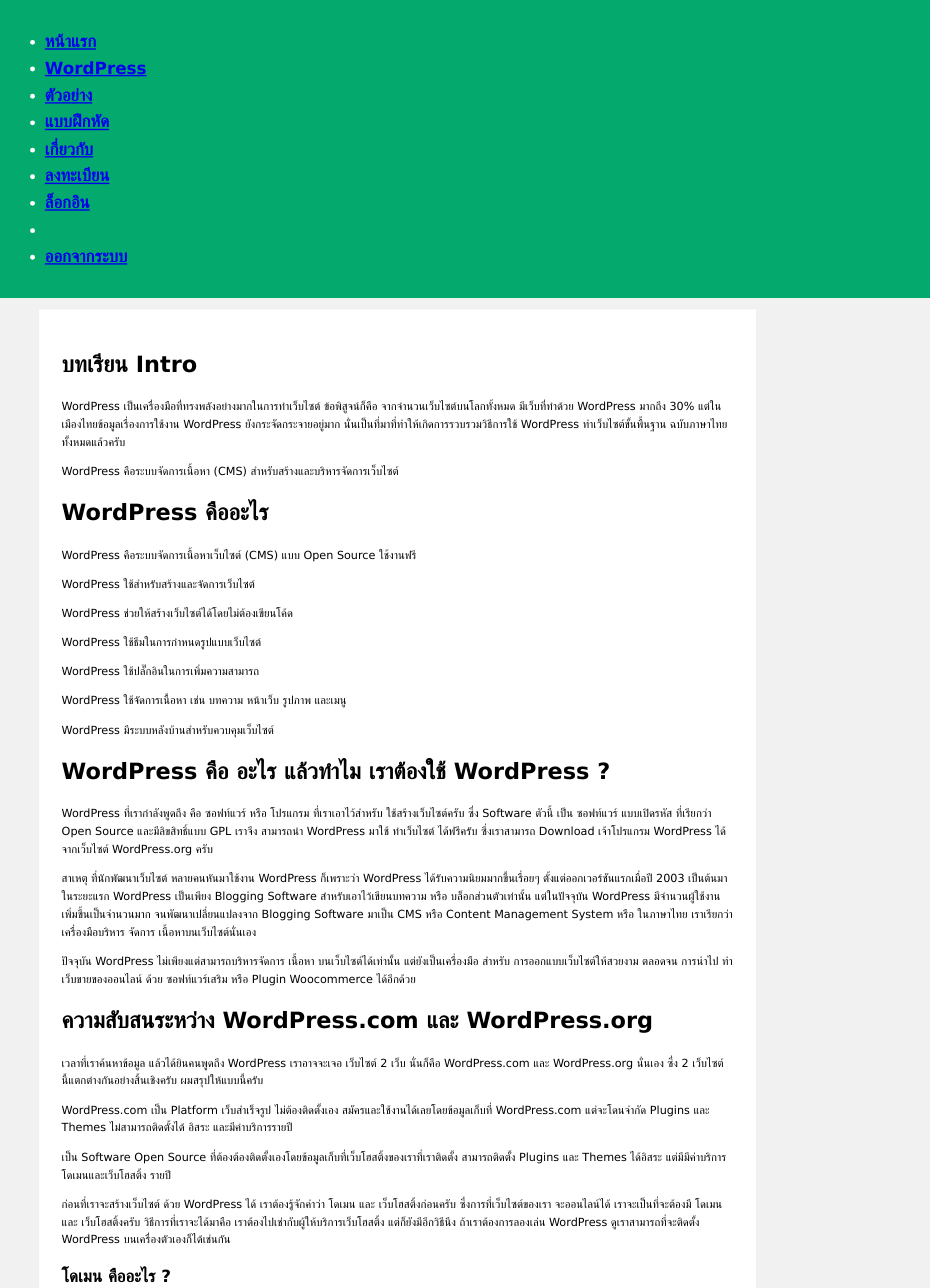
Repository: staggil/thesis
Page: lessons/intro.html
An editor plug-in stored every save of this project. The page is shown before and after the next save, followed by the edit.
The browser window is 1280 px wide. The page is 1328 px wide, so the pictures cover 1328 px, including what lies to the right of the window. The pictures show the part of the page from y = 0 to 1840 px (the page is 3268 px tall before and 3293 px after), at 70% of full size.
The page's requests for data from a server got no answer.

Above is the page before, as saved 2025-12-15 07:06:46.

### lessons/intro.html
<!DOCTYPE html>
<html lang="th">
<head>
    <meta charset="UTF-8">
    <meta name="viewport" content="width=device-width, initial-scale=1.0">
    <title>บทเรียน Intro</title>
    <link rel="stylesheet" href="/style.css">
    <script src="/script.js" defer></script>
</head>
<body data-sidebar="/components/sidebar.html">

    <!-- header -->
    <div id="header-placeholder"></div>


<div class="layout">
   <div id="sidebar-wrapper"></div>

    <!-- content -->
    <main id="main-content">
        <h1>บทเรียน Intro</h1>
        <p>WordPress เป็นเครื่องมือที่ทรงพลังอย่างมากในการทำเว็บไซต์ ข้อพิสูจน์ก็คือ
            จากจำนวนเว็บไซต์บนโลกทั้งหมด มีเว็บที่ทำด้วย WordPress มากถึง 30%
            แต่ในเมืองไทยข้อมูลเรื่องการใช้งาน WordPress ยังกระจัดกระจายอยู่มาก
            นั่นเป็นที่มาที่ทำให้เกิดการรวบรวมวิธีการใช้ WordPress ทำเว็บไซต์ขั้นพื้นฐาน
            ฉบับภาษาไทยทั้งหมดแล้วครับ</p>
            <p>WordPress คือระบบจัดการเนื้อหา (CMS) สำหรับสร้างและบริหารจัดการเว็บไซต์</p>

            <h1>WordPress คืออะไร</h1>
            <p>WordPress คือระบบจัดการเนื้อหาเว็บไซต์ (CMS) แบบ Open Source ใช้งานฟรี</p>
            <p>WordPress ใช้สำหรับสร้างและจัดการเว็บไซต์</p>
            <p>WordPress ช่วยให้สร้างเว็บไซต์ได้โดยไม่ต้องเขียนโค้ด</p>
            <p>WordPress ใช้ธีมในการกำหนดรูปแบบเว็บไซต์</p>
            <p>WordPress ใช้ปลั๊กอินในการเพิ่มความสามารถ</p>
            <p>WordPress ใช้จัดการเนื้อหา เช่น บทความ หน้าเว็บ รูปภาพ และเมนู</p>
            <p>WordPress มีระบบหลังบ้านสำหรับควบคุมเว็บไซต์</p>

            <h1>WordPress คือ อะไร แล้วทำไม เราต้องใช้ WordPress ?</h1>
            <p>WordPress ที่เรากำลังพูดถึง คือ ซอฟท์แวร์ หรือ โปรแกรม ที่เราเอาไว้สำหรับ ใช้สร้างเว็บไซต์ครับ
                ซึ่ง Software ตัวนี้ เป็น ซอฟท์แวร์ แบบเปิดรหัส ที่เรียกว่า Open Source และมีลิขสิทธิ์แบบ GPL
                เราจึง สามารถนำ WordPress มาใช้ ทำเว็บไซต์ ได้ฟรีครับ ซึ่งเราสามารถ Download
                 เจ้าโปรแกรม WordPress ได้จากเว็บไซต์ WordPress.org ครับ</p>
            <p>สาเหตุ ที่นักพัฒนาเว็บไซต์ หลายคนหันมาใช้งาน WordPress ก็เพราะว่า WordPress ได้รับความนิยมมากขึ้นเรื่อยๆ
                ตั้งแต่ออกเวอร์ชันแรกเมื่อปี 2003 เป็นต้นมา ในระยะแรก WordPress เป็นเพียง Blogging Software
                สำหรับเอาไว้เขียนบทความ หรือ บล็อกส่วนตัวเท่านั้น แต่ในปัจจุบัน WordPress มีจำนวนผู้ใช้งานเพิ่มขึ้นเป็นจำนวนมาก
                 จนพัฒนาเปลี่ยนแปลงจาก Blogging Software มาเป็น CMS หรือ Content Management System หรือ ในภาษาไทย
                  เราเรียกว่า เครื่องมือบริหาร จัดการ เนื้อหาบนเว็บไซต์นั่นเอง</p>
            <p>
                ปัจจุบัน WordPress ไม่เพียงแต่สามารถบริหารจัดการ เนื้อหา บนเว็บไซต์ได้เท่านั้น แต่ยังเป็นเครื่องมือ สำหรับ การออกแบบเว็บไซต์ให้สวยงาม
                 ตลอดจน การนำไป ทำเว็บขายของออนไลน์ ด้วย ซอฟท์แวร์เสริม หรือ Plugin Woocommerce ได้อีกด้วย
            </p>

            <h1>ความสับสนระหว่าง WordPress.com และ WordPress.org</h1>
            <p>เวลาที่เราค้นหาข้อมูล แล้วได้ยินคนพูดถึง WordPress เราอาจจะเจอ เว็บไซต์ 2 เว็บ นั่นก็คือ WordPress.com และ WordPress.org
                นั่นเอง ซึ่ง 2 เว็บไซต์ นี้แตกต่างกันอย่างสิ้นเชิงครับ ผมสรุปให้แบบนี้ครับ</p>
            <p>WordPress.com เป็น Platform เว็บสำเร็จรูป ไม่ต้องติดตั้งเอง สมัครและใช้งานได้เลยโดยข้อมูลเก็บที่ WordPress.com แต่จะโดนจำกัด Plugins และ Themes
                ไม่สามารถติดตั้งได้ อิสระ และมีค่าบริการรายปี</p>
            <p>เป็น Software Open Source ที่ต้องต้องติดตั้งเองโดยข้อมูลเก็บที่เว็บโฮสติ้งของเราที่เราติดตั้ง สามารถติดตั้ง Plugins และ Themes ได้อิสระ
                แต่มีมีค่าบริการโดเมนและเว็บโฮสติ้ง รายปี
            </p>

            <p>ก่อนที่เราจะสร้างเว็บไซต์ ด้วย WordPress ได้ เราต้องรู้จักคำว่า โดเมน และ เว็บโฮสติ้งก่อนครับ ซึ่งการที่เว็บไซต์ของเรา จะออนไลน์ได้
            เราจะเป็นที่จะต้องมี โดเมน และ เว็บโฮสติ้งครับ วิธีการที่เราจะได้มาคือ เราต้องไปเช่ากับผู้ให้บริการเว็บโฮสติ้ง แต่ก็ยังมีอีกวิธีนึง ถ้าเราต้องการลองเล่น
             WordPress ดูเราสามารถที่จะติดตั้ง WordPress บนเครื่องตัวเองก็ได้เช่นกัน</p>

             <h2>โดเมน คืออะไร ?</h2>
             <p>โดเมน คือที่อยู่ของเว็บไซต์ที่ผู้ใช้พิมพ์ในเว็บเบราว์เซอร์เพื่อเข้าเว็บไซต์ โดยทั่วไปโดเมนจะประกอบด้วยชื่อและนามสกุลโดเมน <br>
                 (เช่น .com, .net, หรือ .org)</p>
             <p>ตัวอย่าง www.example.com</p>

             <h2>เว็บโฮสติ้ง คืออะไร ?</h2>
             <p>เว็บโฮสติ้ง คือบริการที่ช่วยให้บุคคลหรือองค์กรสามารถเผยแพร่เว็บไซต์หรือหน้าเว็บบนอินเทอร์เน็ตได้
                ผู้ให้บริการเว็บโฮสติ้งจะจัดเตรียมเทคโนโลยีและพื้นที่บนเซิร์ฟเวอร์เพื่อให้เว็บไซต์เข้าถึงได้ออนไลน์</p>

            <h1>การติดตั้ง WordPress</h1>
            <h2>วิธีที่ 1 ติดตั้ง WordPress บนเว็บโฮสติ้ง ทำอย่างไร ?</h2>
            <p>การติดตั้ง WordPress บนเว็บโฮสติ้ง คือการติดตั้ง WordPress ให้พร้อมใช้งานจริงเลย
                นั่นหมายความว่า คนสามารถเข้ามาดูเว็บไซต์ของเราได้เลย หลังจากที่เราติดตั้งและเผยแพร่ข้อมูลของเรา</p>
            <p>ซึ่งวิธีการติดตั้ง WordPress บนเว็บโฮสติ้ง ในยุคนี้ง่ายอย่างมากมายครับ เพราะมีตัวช่วยที่ชื่อว่า One Click
                หรือ Auto Installer ครับ หรือ ถ้าใครอยากติดตั้งด้วยวิธี FTP ในตำนาน ก็สามารถทำได้เช่นกันครับ มาดูกันได้เลยครับ</p>
            <h2>วิธีการติดตั้ง SSL ในเว็บโฮสติ้ง (Direct Admin)</h2>
            <p>SSL จะทำให้เว็บไซต์ของเราปลอดภัย และ เป็นปัจจัยอันดับต้นๆ ที่ Google หรือ Search Engine จะพิจารณาเว็บไซต์ของเราให้ติดอันดับ
                 ถ้าใครยังไม่มี SSL สามารถติดตั้งได้ดังนี้ครับ</p>
            <p>1. เมื่อเรา Login เข้าไปใน Control Panel มาแล้ว ซึ่งผมใช้ Direct Admin ยี่ห้ออื่น ก็จะมีเมนูที่คล้ายกัน ว่ากันง่ายๆ
                ตัวสร้าง SSL มีทุกยี่ห้อในสมัยนี้ ให้เข้าไปที่เมนู SSL Certificate ได้เลย</p>
            <p>2. จากนั้น ให้เราเลือก สร้าง Free & Automatic Certificate from Let’s Encrypt
                แล้วเลือก Domain กับ Subdomain ให้ถูกต้อง จากนั้น กด Save ครับ</p>
            <p>เสร็จแล้วให้เรารอ 10 นาที ระบบจะสร้าง Certificate เป็น Code Computer ชุดหนึ่งหน้าตาเป็นแบบนี้ครับ</p>
            <p>หลังจากที่เราเห็น Code เรียบร้อยแล้ว ให้เราลงมาด้านล่าง ติ๊กตรงคำว่า Force SSL แล้วกด Save 1 ครั้งครับ</p>
            <p>ตัวเลือกนี้ จะทำให้ เวลาที่คนเข้าเว็บไซต์มาด้วย http จะกลายเป็น https โดยอัตโนมัติ แต่ใช้ได้กับบางเว็บโฮสติ้งเท่านั้นครับ ต้องลองดู</p>

            <h2>วิธีการติดตั้ง WordPress ในเว็บโฮสติ้ง ด้วย Auto Installer (Direct Admin)</h2>
            <p>การติดตั้ง WordPress ด้วยวิธี Auto Installer หรือว่า One Click นี้ เป็นวิธีที่ง่ายที่สุดแล้วครับ
                แต่เว็บโฮสติ้ง จะต้องมีตัวติดตั้ง หรือ โปรแกรม Auto Installer มาด้วยครับ ซึ่งเว็บโฮสติ้งสมัยใหม่ มีมาให้เรียบร้อยแล้วครับ</p>
            <p>ให้เราเริ่มจากขั้นตอนแรก ให้เช็คก่อนครับว่า เว็บโฮสติ้ง มี Auto Installer หรือไม่ครับ ตรงนี้ Note ไว้นิดนึงครับว่า เว็บโฮสติ้งที่ผมใช้
                 จะมี Control Panel เป็น Direct Admin ซึ่งถ้าเป็น Control Panel ยี่ห้ออื่นๆ หน้าจอก็จะแตกต่างออกไปครับ แต่ Direct Admin
                  มีการใช้งานมากที่สุดทั่วโลกในขณะนี้ครับ</p>
            <p>ถ้าเจอหน้าจอทางด้านล่าง ก็คลิกที่ ICON WordPress เพื่อทำการติดตั้งได้เลยครับ</p>
            <p>หลังจากนั้น เมื่อเข้าสู่หน้าจอการติดตั้งของ WordPress แล้ว เราก็กด Install Now ได้เลยครับ</p>
            <p>จากนั้น WordPress จะให้เรากรอกข้อมูลที่จำเป็นต้องใช้งานในการติดตั้ง เราจำเป็นที่จะต้องกรอกข้อมูลดังต่อไปนี้ครับ
                เวอร์ชันของ WordPress ที่เราจะใช้งาน ,เลือก Protocol แนะนำเป็น HTTPS ,เลือกโดเมนที่เราต้องการจะติดตั้ง
                ลบข้อมูลในช่อง In Directory ให้หมดใส่ข้อมูลชื่อผู้ใช้ และ รหัสผ่าน ที่เราจะใช้ Login เข้าสู่ระบบ
                กรอกข้อมูลเสร็จแล้วก็กด Install ได้เลยครับ</p>

    </main>
</div>
    <!-- footer -->
    <div id="footer-placeholder"></div>

</body>
</html>

### style.css
body {
    margin: 0;
    font-family: Verdana, Arial, sans-serif;
    box-sizing: border-box;
    background-color: #f1f1f1;
    line-height: 1.6;
}

/* =========================
   Header
   ========================= */
#header-placeholder {
    background-color: #04AA6D;
    color: white;
    padding: 16px 24px;
    font-size: 24px;
    font-weight: bold;
    position: sticky;  /* ติดด้านบน */
    top: 0;
    z-index: 1000;
    width: 100%;
}

/* =========================
   Layout & Sidebar
   ========================= */
.layout {
    display: flex;
    max-width: 1200px;
    margin: 0 auto;
    align-items: flex-start;
    padding-top: 16px;
}

/* wrapper sidebar เพื่อใช้ sticky */
.sidebar-wrapper {
    position: sticky;
    top: 70px; /* เว้นให้ header */
    background-color: #e7e9eb;
    padding: 16px;
    max-height: calc(100vh - 70px); /* สูงเต็ม viewport ลบ header */
    overflow-y: auto;
}

#sidebar {
      background-color: #e7e9eb;
    padding: 0; /* padding ย้ายไป wrapper */
}

/* sidebar link */
#sidebar ul {
    list-style: none;
    padding: 0;
}
#sidebar ul li {
    margin-bottom: 10px;
}
#sidebar ul li a {
    text-decoration: none;
    color: #333;
    display: block;
    padding: 8px;
    border-radius: 4px;
    transition: background 0.3s;
}
#sidebar ul li a:hover {
    background-color: #ddd;
}

/* =========================
   Main Content
   ========================= */
#main-content {
    flex: 1;
    margin-left: 16px; /* เว้นซ้ายให้ sidebar */
    background-color: #fff;
    padding: 32px;
    max-width: 960px;
}

/* =========================
   Footer
   ========================= */
footer {
    background-color: #333;
    color: white;
    text-align: center;
    padding: 15px;
    clear: both;
    margin-top: 16px;
}

/* =========================
   Responsive
   ========================= */
@media screen and (max-width: 768px) {
    .layout {
        flex-direction: column;
    }

    .sidebar-wrapper,
    #sidebar {
        width: 100%;
        position: relative;
        max-height: none;
    }

    #main-content {
        margin-left: 0;
        max-width: 100%;
        padding: 15px;
    }
}

### script.js
function loadComponent(filePath, elementId) {
    if (!filePath) return;
    const el = document.getElementById(elementId);
    if (!el) {
        console.error(`ไม่พบ element id="${elementId}"`);
        return;
    }
    fetch(filePath)
        .then(response => {
            if (!response.ok) throw new Error("ไม่พบไฟล์ " + filePath);
            return response.text();
        })
        .then(data => {
            el.innerHTML = data;

            // หลังโหลด header ให้ตรวจสอบ session
            if (elementId === "header-placeholder") {
                updateHeaderLoginStatus();
            }
        })
        .catch(error => console.error(error));
}

// ฟังก์ชันตรวจสอบ login
function updateHeaderLoginStatus() {
    fetch("/me")
        .then(res => res.json())
        .then(user => {
            if (user.username) {
                // login แล้ว
                document.querySelectorAll(".login-only").forEach(el => el.style.display = "none");
                document.querySelectorAll(".user-only").forEach(el => el.style.display = "block");
                document.getElementById("username-display").textContent = user.fullname;

                // เพิ่ม listener logout
                const logoutLink = document.getElementById("logout-link");
                if (logoutLink) {
                    logoutLink.addEventListener("click", async (e) => {
                        e.preventDefault();
                        await fetch("/logout", { method: "POST" });
                        updateHeaderLoginStatus(); // รีเฟรชเมนู
                        window.location.href = "/login.html";
                    });
                }

            } else {
                // ยังไม่ได้ login
                document.querySelectorAll(".login-only").forEach(el => el.style.display = "block");
                document.querySelectorAll(".user-only").forEach(el => el.style.display = "none");
            }
        })
        .catch(err => console.error(err));
}

document.addEventListener("DOMContentLoaded", function() {
    loadComponent("/components/header.html", "header-placeholder");
    loadComponent("/components/footer.html", "footer-placeholder");

    const sidebarFile = document.body.getAttribute("data-sidebar");
    loadComponent(sidebarFile, "sidebar-placeholder");

    // ตรวจสอบ exercise links หลังจากโหลด header เสร็จ
    const checkExerciseLinks = () => {
        const exerciseLinks = document.querySelectorAll("a[href^='/exercises/']");
        exerciseLinks.forEach(link => {
            link.addEventListener("click", async (e) => {
                e.preventDefault();
                const res = await fetch("/me");
                const user = await res.json();
                if (!user.username) {
                    const goLogin = confirm("คุณต้อง login ก่อนเข้าแบบฝึกหัด\nไปหน้า Login ตอนนี้หรือไม่?");
                    if (goLogin) window.location.href = "/login.html";
                } else {
                    window.location.href = link.href;
                }
            });
        });
    };

    // รอ header โหลดเสร็จแล้วค่อย bind
    const headerInterval = setInterval(() => {
        if (document.getElementById("header-placeholder").children.length > 0) {
            clearInterval(headerInterval);
            checkExerciseLinks();
        }
    }, 50);
});

### components/header.html
<header>
   <nav class="navbar">
        <ul id="nav-items">
            <li><a href="/index.html">หน้าแรก</a></li>
            <li><a href="/lessons/intro.html">WordPress</a></li>
            <li><a href="/examples/draw-rect.html">ตัวอย่าง</a></li>
            <li><a href="/exercises/exercise1.html">แบบฝึกหัด</a></li>
            <li><a href="/about/about.html">เกี่ยวกับ</a></li>
            <li class="login-only"><a href="/register.html">ลงทะเบียน</a></li>
            <li class="login-only"><a href="/login.html">ล็อกอิน</a></li>
            <li class="user-only"><span id="username-display"></span></li>
            <li class="user-only"><a href="#" id="logout-link">ออกจากระบบ</a></li>
        </ul>
    </nav>
</header>

### components/footer.html
<footer>
    <p>ผู้จัดทำ: ชื่อของคุณ | © 2025</p>
</footer>

After the next save:
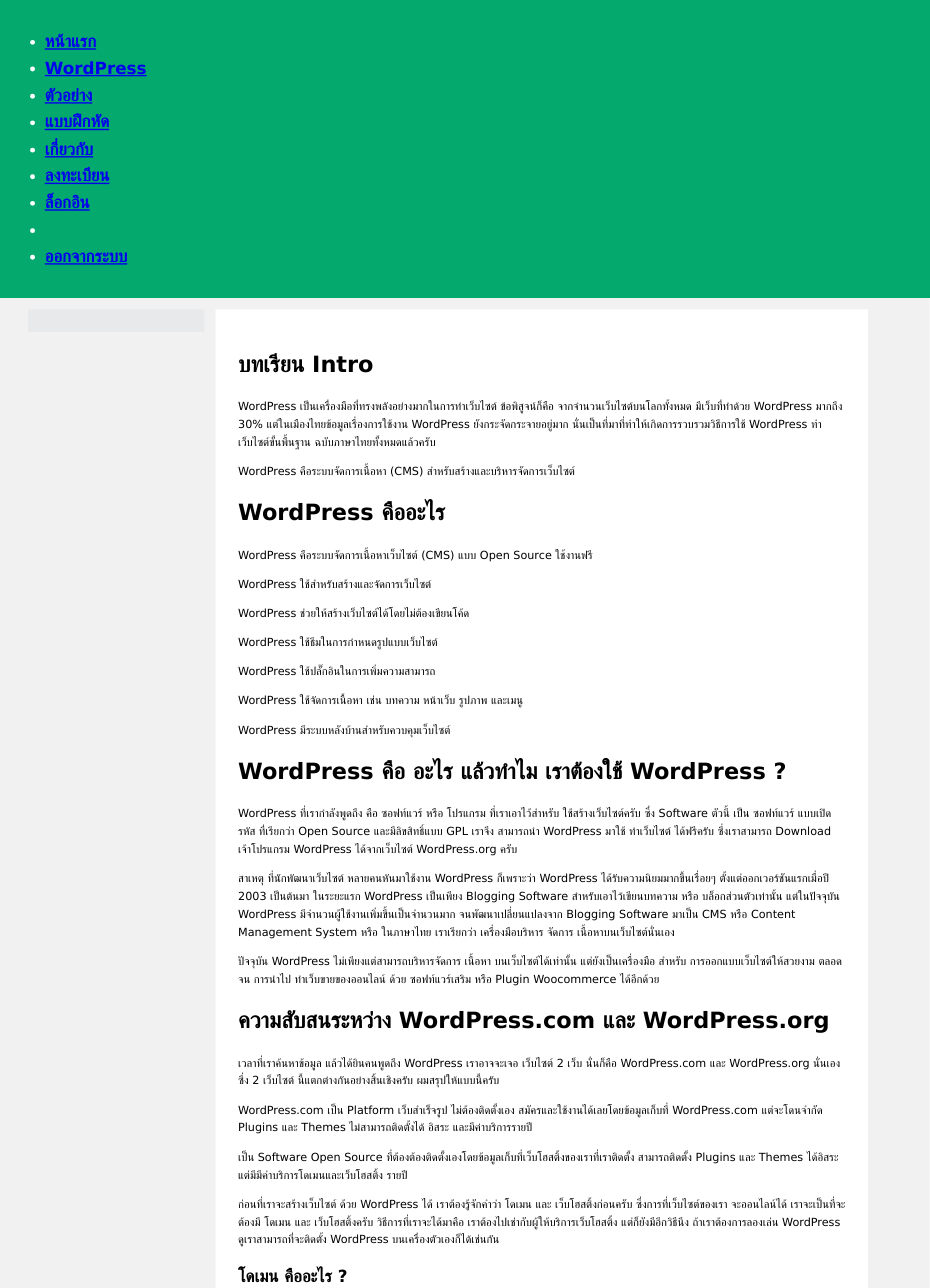
Saved 2 min 39 s later.
--- a/style.css
+++ b/style.css
@@ -32,14 +32,38 @@
     padding-top: 16px;
 }
 
-/* wrapper sidebar เพื่อใช้ sticky */
-.sidebar-wrapper {
+#sidebar-wrapper {
     position: sticky;
-    top: 70px; /* เว้นให้ header */
+    top: 70px;
+    width: 220px;
+    flex-shrink: 0;
     background-color: #e7e9eb;
     padding: 16px;
-    max-height: calc(100vh - 70px); /* สูงเต็ม viewport ลบ header */
+    max-height: calc(100vh - 70px);
     overflow-y: auto;
+}
+
+/* เนื้อหาภายใน sidebar-wrapper */
+#sidebar-wrapper ul {
+    list-style: none;
+    padding: 0;
+}
+
+#sidebar-wrapper ul li {
+    margin-bottom: 10px;
+}
+
+#sidebar-wrapper ul li a {
+    text-decoration: none;
+    color: #333;
+    display: block;
+    padding: 8px;
+    border-radius: 4px;
+    transition: background 0.3s;
+}
+
+#sidebar-wrapper ul li a:hover {
+    background-color: #ddd;
 }
 
 #sidebar {
